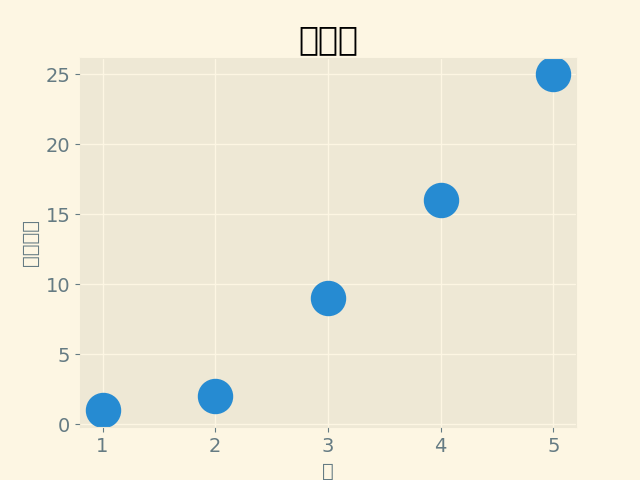
Repository: wh-debug/Matplotlib
Script's output: python make_scatter.py
These files come from the project's save history. The script's output is drawn as it stood at one moment and after the next save; the edit follows.
Random numbers start from a fixed seed.

Above is the script's output before, as saved 2021-02-23 15:20:16.

### make_scatter.py
'''
Author: your name
Date: 2021-02-20 08:00:13
LastEditTime: 2021-02-23 15:20:12
LastEditors: Please set LastEditors
Description: In User Settings Edit
FilePath: \Matplotlib\make_scatter.py
'''
import matplotlib.pyplot as plt

x_value = [1, 2, 3, 4, 5]
y_value = [1, 2, 9, 16, 25]

plt.style.use('Solarize_Light2')
fig, ax = plt.subplots()
ax.scatter(x_value, y_value, s=600) #todo 其中s=200是指定点的大小

ax.set_title("平方数", fontsize=24)
ax.set_xlabel("值", fontsize=14)
ax.set_ylabel("值的平方", fontsize=14)

ax.tick_params(axis='both', which='major', labelsize=14)

plt.show()

After the next save:
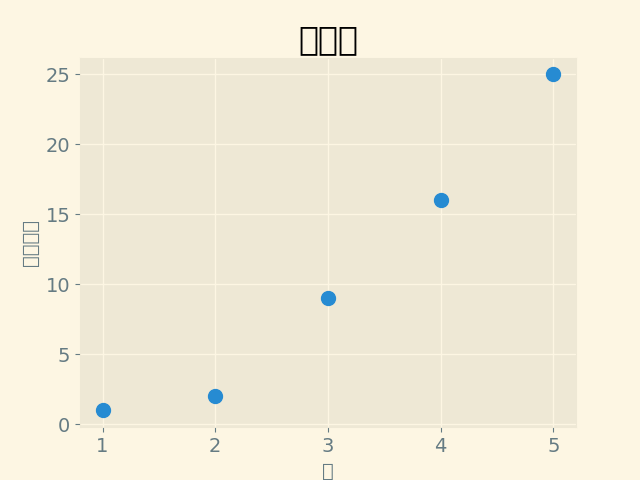
Saved 5 s later.
--- a/make_scatter.py
+++ b/make_scatter.py
@@ -1,7 +1,7 @@
 '''
 Author: your name
 Date: 2021-02-20 08:00:13
-LastEditTime: 2021-02-23 15:20:12
+LastEditTime: 2021-02-23 15:20:21
 LastEditors: Please set LastEditors
 Description: In User Settings Edit
 FilePath: \Matplotlib\make_scatter.py
@@ -13,7 +13,7 @@ y_value = [1, 2, 9, 16, 25]
 
 plt.style.use('Solarize_Light2')
 fig, ax = plt.subplots()
-ax.scatter(x_value, y_value, s=600) #todo 其中s=200是指定点的大小
+ax.scatter(x_value, y_value, s=100) #todo 其中s=200是指定点的大小
 
 ax.set_title("平方数", fontsize=24)
 ax.set_xlabel("值", fontsize=14)
